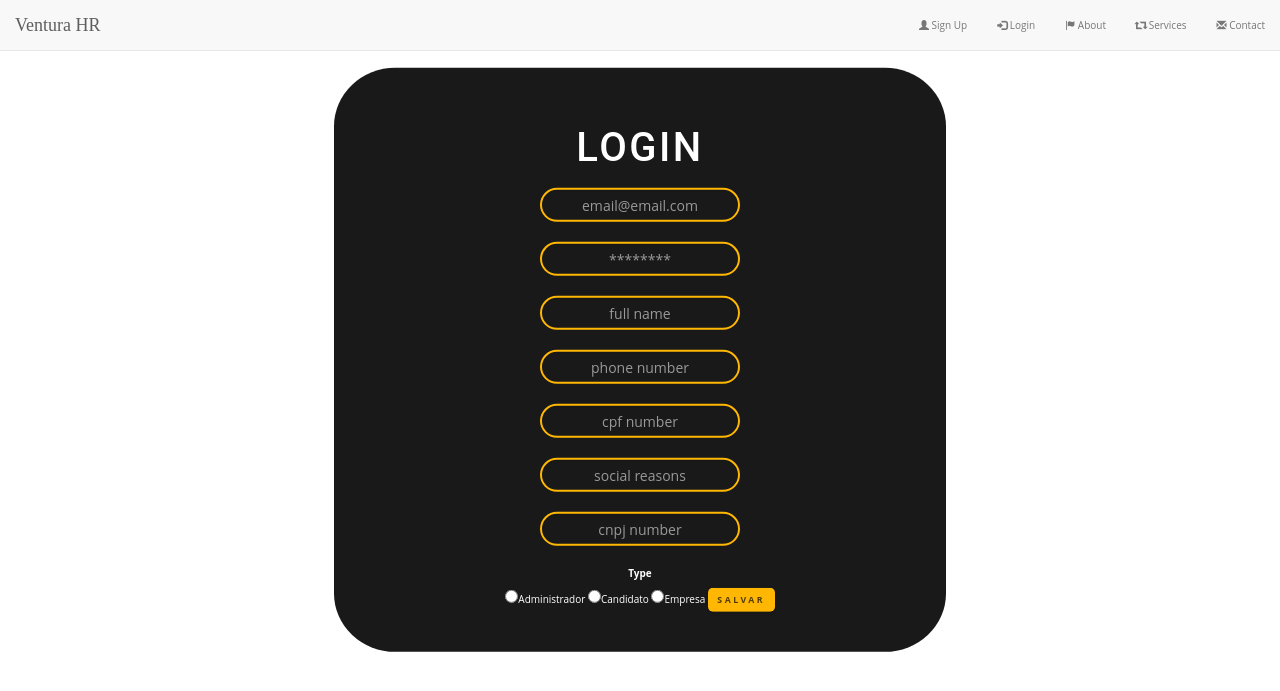
Repository: nmparfait/HumanResources-Ventura
Page: http://localhost/venturaWeb/WEB-INF/jsp/app/cadastro.jsp
These files come from the project's save history. The page is drawn as it stood at one moment and after the next save; the edit follows.
The browser window is 1280 px wide. The pictures show the whole page.
Some web fonts or font styles are not loaded; a fallback is used. Some web libraries are served in a nearby version. The page is served by Tomcat 9. Nobody is signed in. Other server files are loaded and not shown. The template is opened directly, without the code that normally fills it, so the values that code supplies are empty.

Above is the page before, as saved 2021-09-27 17:27:28.

### venturaWeb/src/main/webapp/WEB-INF/jsp/app/cadastro.jsp
<%@ taglib prefix="c" uri="http://java.sun.com/jsp/jstl/core" %>
<%@ page contentType="text/html;charset=UTF-8" language="java" %>
<!DOCTYPE html>
<html lang="en">
	<head>
	    <title>VENTURA | Register</title>
	    <meta charset="utf-8">
	    <meta name="viewport" content="width=device-width, initial-scale=1">
	    <link rel="stylesheet" href="https://maxcdn.bootstrapcdn.com/bootstrap/3.4.1/css/bootstrap.min.css">
	    <script src="https://ajax.googleapis.com/ajax/libs/jquery/3.5.1/jquery.min.js"></script>
	    <script src="https://maxcdn.bootstrapcdn.com/bootstrap/3.4.1/js/bootstrap.min.js"></script>
	    <link rel="stylesheet" href="css/cadastro.css" />
	</head>
	<body>
		<c:import url="/WEB-INF/jsp/app/menu.jsp"/>
		<h2>Cadastro</h2>


		    <form class="box" action="/usuario/cadastro" method="post">
		    	<h1>Login</h1>

		    	<input type="text" class="form-control" placeholder="email@email.com"  name="email">
		        <input type="password" class="form-control" placeholder="********" name="senha">
		        <input type="text" class="form-control" placeholder="full name" name="nomeCompleto">
		        <input type="text" class="form-control" placeholder="phone number" name="telefone">
		        <input type="text" class="form-control" placeholder="cpf number" name="cpf">
		        <input type="text" class="form-control" placeholder="social reasons" name="razaoSocial">
		        <input type="text" class="form-control" placeholder="cnpj number" name="cnpj">
		        <label>Type</label><br>
		        <input type="radio" value="A" name="tipo">Administrador
		        <input type="radio" value="C" name="tipo">Candidato
		        <input type="radio" value="E" name="tipo">Empresa

		        <button type="submit" class="btn btn-default">Salvar</button>
		    </form>
	</body>
</html>

### venturaWeb/src/main/webapp/WEB-INF/jsp/app/menu.jsp
<%@ page contentType="text/html;charset=UTF-8" language="java" %>
<%@ taglib uri="http://java.sun.com/jsp/jstl/core" prefix="c"%>
<html>
	<head>
	    <meta charset="UTF-8" />
	    <meta http-equiv="X-UA-Compatible" content="IE=edge" />
	    <meta name="viewport" content="width=device-width, initial-scale=1.0" />
	    <title>VENTURA | Navbar</title>
	    <!-- font awesome -->
	    <link
	      rel="stylesheet"
	      href="https://cdnjs.cloudflare.com/ajax/libs/font-awesome/5.14.0/css/all.min.css"
	    />
	    <!-- google font -->
	    <link href="https://fonts.googleapis.com/css2?family=Dancing+Script&display=swap" rel="stylesheet">
	    <!-- style -->
	    <link rel="stylesheet" href="css/styles.css" />
  	</head>
  	 <body>
  	 	<nav class="navbar navbar-default navbar-fixed-top">
  			<div class="container-fluid">
    			<div class="navbar-header">
      				<a class="navbar-brand font" href="/app/index">Ventura HR</a>
    			</div>
	  	 	<ul class="nav navbar-nav navbar-right">
				<c:if test="${empty usuario}">
				    <li><a href="/usuario"><span class="glyphicon glyphicon-user"></span> Sign Up</a></li>
				    <li><a href="/acesso"><span class="glyphicon glyphicon-log-in"></span> Login</a></li>
				    <li><a href="/about"><span class="glyphicon glyphicon-flag"></span> About</a></li>
				    <li><a href="/about"><span class="glyphicon glyphicon-retweet"></span> Services</a></li>
				    <li><a href="/contato"><span class="glyphicon glyphicon-envelope"></span> Contact</a></li>
			    </c:if>
			    <c:if test="${not empty usuario}">
			    	<li><a href="/logout"><span class="glyphicon glyphicon-log-out"></span>Logout, ${usuario.email}</a></li>
			    </c:if>
			 </ul>
		</nav>
    </body>
   </html>

### venturaWeb/src/main/webapp/css/cadastro.css
body {
    margin: 0;
    padding: 0;
    font-family: sans-serif;
    background: #34495e;
    color: #fff !important;

}

.box {
    width: 85vh;
    padding: 40px;
    position: absolute;
    top: 50%;
    left: 50%;
    transform: translate(-50%, -50%);
    background: #191919;
    text-align: center;
    border-radius: 10%;
}

.box h1 {
    color: white;
    text-transform: uppercase;
    font-weight: 500;
}

.box input[type="text"],
.box input[type="password"] {
    border: 0;
    background: none;
    display: block;
    margin: 20px auto;
    text-align: center;
    border: 2px solid #ffb703;
    padding: 14px 10px;
    width: 200px;
    outline: none;
    color: white;
    border-radius: 24px;
    transition: 0.25s
}

.box input[type="text"]:focus,
.box input[type="password"]:focus {
    width: 280px;
    border-color: #ffb703;
}

.box input[type="submit"] {
     border: 0;
    background: none;
    display: block;
    margin: 20px auto;
    text-align: center;
    border: 2px solid #ffb703;
    padding: 14px 40px;
    outline: none;
    color: white;
    border-radius: 24px;
    transition: 0.25s;
    cursor: pointer;
}

.box input[type="submit"]:hover {
    background: #e9edc9;
    color: #000;
}

### venturaWeb/src/main/webapp/css/styles.css
/* details generics
first color : #ffb703
-- second color: #e9edc9

*/
/*
===============
Variables
===============
*/

:root {
  /* dark shades of primary color*/
  --clr-primary-1: hsl(43, 86%, 17%);
  --clr-primary-2: hsl(43, 77%, 27%);
  --clr-primary-3: hsl(43, 72%, 37%);
  --clr-primary-4: hsl(42, 63%, 48%);
  /* primary/main color */
  --clr-primary-5: hsl(42, 78%, 60%);
  /* lighter shades of primary color */
  --clr-primary-6: hsl(43, 89%, 70%);
  --clr-primary-7: hsl(43, 90%, 76%);
  --clr-primary-8: hsl(45, 86%, 81%);
  --clr-primary-9: hsl(45, 90%, 88%);
  --clr-primary-10: hsl(45, 100%, 96%);
  /* darkest grey - used for headings */
  --clr-grey-1: hsl(209, 61%, 16%);
  --clr-grey-2: hsl(211, 39%, 23%);
  --clr-grey-3: hsl(209, 34%, 30%);
  --clr-grey-4: hsl(209, 28%, 39%);
  /* grey used for paragraphs */
  --clr-grey-5: hsl(210, 22%, 49%);
  --clr-grey-6: hsl(209, 23%, 60%);
  --clr-grey-7: hsl(211, 27%, 70%);
  --clr-grey-8: hsl(210, 31%, 80%);
  --clr-grey-9: hsl(212, 33%, 89%);
  --clr-grey-10: hsl(210, 36%, 96%);
  --clr-white: #fff;
  --ff-primary: 'Roboto', sans-serif;
  --ff-secondary: 'Open Sans', sans-serif;
  --transition: all 0.3s linear;
  --spacing: 0.25rem;
  --radius: 0.5rem;
  --light-shadow: 0 5px 15px rgba(0, 0, 0, 0.1);
  --dark-shadow: 0 5px 15px rgba(0, 0, 0, 0.2);
  --max-width: 1170px;
}
/*
===============
Global Styles
===============
*/

*,
::after,
::before {
  margin: 0;
  padding: 0;
  box-sizing: border-box;
}
body {
  font-family: var(--ff-secondary);
  background: var(--clr-white);
  color: var(--clr-grey-1);
  line-height: 1.5;
  font-size: 0.875rem;
}
ul {
  list-style-type: none;
}
a {
  text-decoration: none;
}
img:not(.nav-logo) {
  width: 100%;
  display: block;
}

h1,
h2,
h3,
h4 {
  letter-spacing: var(--spacing);
  text-transform: capitalize;
  line-height: 1.25;
  margin-bottom: 0.75rem;
  font-family: var(--ff-primary);
}
h1 {
  font-size: 3rem;
}
h2 {
  font-size: 2rem;
}
h3 {
  font-size: 1.25rem;
}
h4 {
  font-size: 0.875rem;
}
p {
  margin-bottom: 1.25rem;
  color: var(--clr-grey-5);
}
@media screen and (min-width: 800px) {
  h1 {
    font-size: 4rem;
  }
  h2 {
    font-size: 2.5rem;
  }
  h3 {
    font-size: 1.75rem;
  }
  h4 {
    font-size: 1rem;
  }
  body {
    font-size: 1rem;
  }
  h1,
  h2,
  h3,
  h4 {
    line-height: 1;
  }
}
/*  global classes */

.btn {
  text-transform: uppercase;
  background: #ffb703;
  color: var(--clr-primary-1);
  padding: 0.375rem 0.75rem;
  letter-spacing: var(--spacing);
  display: inline-block;
  font-weight: 700;
  transition: var(--transition);
  font-size: 0.875rem;
  border: 2px solid transparent;
  cursor: pointer;
  box-shadow: 0 1px 3px rgba(0, 0, 0, 0.2);
  border-radius: var(--radius);
}
.btn:hover {
  color: var(--clr-primary-1);
  background: var(--clr-primary-7);
}
/* section */
.section {
  padding: 5rem 2rem;
}

.section-center {
  width: 90vw;
  margin: 0 auto;
  max-width: 1170px;
}

.contact {
  background: #fffcfc;
  min-height: 100vh;
}
@media screen and (min-width: 992px) {
  .section-center {
    width: 95vw;
  }
}

.underline {
  width: 5rem;
  height: 0.25rem;
  margin-bottom: 1.25rem;
  background: var(--clr-primary-5);
  margin-left: auto;
  margin-right: auto;
}

.section-title {
  margin-bottom: 4rem;
  text-align: center;
}

.bg-grey {
  background: var(--clr-grey-9);
}
/* added during recording */

/*
===============
Sidebar
===============
*/

.sidebar {
  position: fixed;
  top: 0;
  left: 0;
  width: 100%;
  height: 100%;
  background: var(--clr-grey-10);
  z-index: 4;
  display: grid;
  /* align-items: center;
  justify-content: center; */
  place-items: center;
  transition: var(--transition);

  /* add later */
  transform: translateX(-100%);
}

/* toggle sidebar */
.show-sidebar {
  transform: translateX(0);
}

.sidebar-links {
  text-align: center;
}

.sidebar-links a {
  font-size: 2rem;
  text-transform: capitalize;
  transform: var(--transition);
  color: var(--clr-grey-5);
  letter-spacing: var(--spacing);
  display: inline-block;
  margin-bottom: 1.5rem;
}

.sidebar-links a:hover {
  color: var(--clr-primary-5);
}

.social-icons {
  display: grid;
  margin-top: 3rem;
  width: 20rem;
  grid-template-columns: repeat(4, 1fr);
  justify-items: center;
}

.social-icon {
  font-size: 1.5rem;
  color: var(--clr-grey-1);
  transition: var(--transition);
}

.social-icon:hover {
  color: var(--clr-primary-5);
}

.close-btn {
  position: absolute;
  top: 1rem;
  right: 1rem;
  font-size: 3rem;
  background: transparent;
  border: transparent;
  transition: var(--transition);
  color: #bb2525;
  cursor: pointer;
}

.close-btn:hover {
  color: #e66b6b;
}


/* end of details*/


.font {
	font-family: 'Dancing Script', cursive;
	background-color: #ffb703;
}

/*
===============
Connect
===============
*/

.connect {
  min-height: 40vh;
  position: relative;
  padding: 10rem 0 5rem 0;
  margin: 5rem 0;
  -webkit-clip-path: polygon(
    50% 0%,
    100% 10%,
    100% 90%,
    53% 100%,
    49% 100%,
    0 90%,
    0 10%
  );
  clip-path: polygon(
    50% 0%,
    100% 10%,
    100% 90%,
    53% 100%,
    49% 100%,
    0 90%,
    0 10%
  );
}
.video-container {
  position: absolute;
  top: 0;
  left: 0;
  width: 100%;
  height: 100%;
  -o-object-fit: cover;
  object-fit: cover;
  z-index: -2;
}

.connect::after {
  content: '';
  position: absolute;
  top: 0;
  left: 0;
  width: 100%;
  height: 100%;
  /* background: var(--clr-white); */
  /* background: var(--clr-primary-5); */
  background: rgba(0, 0, 0, 0.6);
  opacity: 0.7;
  z-index: -1;
}
.connect {
  display: grid;
  place-items: center;
}

.video-banner .section-title {
  margin-bottom: 2rem;
}

.video-text {
  max-width: 30rem;
}

.video-banner {
  background: #e9edc9;
  padding: 3rem 5rem 12rem 5rem;
  text-align: center;
  -webkit-clip-path: polygon(
    0% 0%,
    100% 0%,
    100% 75%,
    75% 75%,
    75% 100%,
    50% 75%,
    0% 75%
  );
  clip-path: polygon(
    0% 0%,
    100% 0%,
    100% 75%,
    75% 75%,
    75% 100%,
    50% 75%,
    0% 75%
  );
}

/*
===============
About
===============
*/

/*
===============
Hero
===============
*/
.hero .underline {
  margin-bottom: 0.5rem;
  margin-left: 0;
}

.hero-img {
  display: none;
}

.hero {
  background: var(--clr-primary-10);
}
.hero-center {
  min-height: calc(100vh - 5rem);
  display: grid;
  place-items: center;
}

.hero-info h4 {
  color: var(--clr-grey-5);
}

.hero-icons {
  justify-items: start;
}

.hero-btn {
  margin-top: 1.25rem;
}

.hero-photo {
  max-width: 25rem;
  max-height: 30rem;
  -o-object-fit: cover;
  object-fit: cover;
  border-radius: var(--radius);
  position: relative;
}

@media screen and (min-width: 776px) {
  .hero-img {
    display: block;
    position: relative;
  }

  .hero-center {
    display: grid;
    grid-template-columns: 1fr 1fr;
  }
}

.hero-img::before,
.about-img::before {
  content: '';
  position: absolute;
  width: 100%;
  height: 100%;
  border: 0.25rem solid var(--clr-primary-5);
  top: 2rem;
  right: -2rem;
  border-radius: var(--radius);
}

/* section title added to globals */
.about-title {
  text-align: left;
  margin-bottom: 2rem;
}

.about-title .underline {
  margin-left: 0;
}

.about-center {
  display: grid;
  gap: 3rem 2rem;
}

.about-img {
  position: relative;
}

.about-img::before {
  left: -2rem;
}

.about-img {
  justify-self: center;
}

@media screen and (min-width: 776px) {
  .about-center {
    display: grid;
    grid-template-columns: 1fr 1fr;
  }
}

@media screen and (min-width: 992px) {
  .about-center {
    grid-template-columns: 1fr 1fr;
  }

  .about-img {
    position: relative;
  }

  .about-img::before {
    left: -2rem;
  }
}

.hero-photo {

}

/* Services*/

/*
===============
Services
===============
*/

.service {
  background: var(--clr-white);
  padding: 3rem 1.5rem;
  margin-bottom: 2rem;
  border-radius: var(--radius);
  text-align: center;
  transition: var(--transition);
}

.service-icon {
  font-size: 2rem;
  margin-bottom: 1.5rem;
}

.service .underline {
  width: 3rem;
  height: 0.12rem;
  transition: var(--transition);
}

.service p {
  transition: var(--transition);
}
.service:hover {
  background: var(--clr-primary-5);
  color: var(--clr-white);
}

.service:hover p {
  color: var(--clr-white);
}

.service:hover .underline {
  background: var(--clr-white);
}

@media screen and (min-width: 676px) {
  .services-center {
    display: grid;
    grid-template-columns: 1fr 1fr;
    -moz-column-gap: 2rem;
    column-gap: 2rem;
  }
}

@media screen and (min-width: 992px) {
  .services-center {
    grid-template-columns: repeat(3, 1fr);
  }
}

/* CONTACT*/
/* section */
.section {
  padding: 5rem 2rem;
}

.section-center {
  width: 90vw;
  margin: 0 auto;
  max-width: 1170px;
}

.contact {
  background: #fefae0;
  min-height: 50vh;
}
@media screen and (min-width: 992px) {
  .section-center {
    width: 85vw;
  }
}

/*LOGIN PAGE*/


.loginPage {

	margin-top: 50px;
}

After the next save:
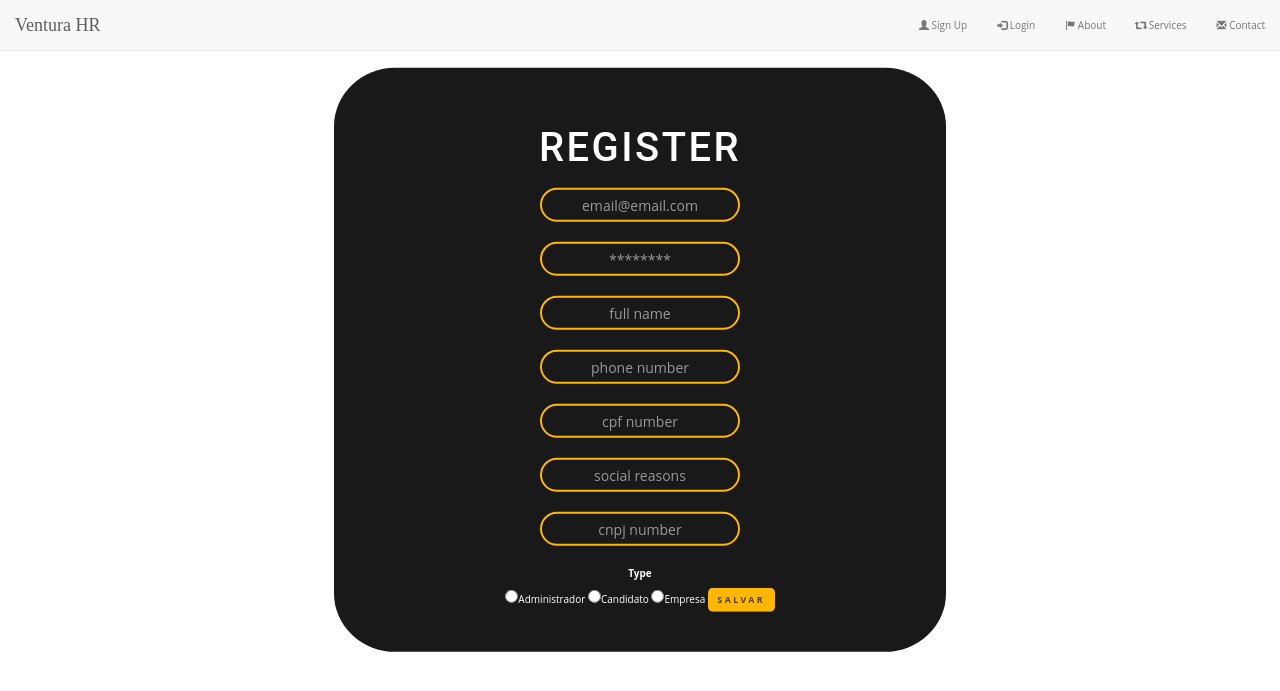
Saved 5 s later.
--- a/venturaWeb/src/main/webapp/WEB-INF/jsp/app/cadastro.jsp
+++ b/venturaWeb/src/main/webapp/WEB-INF/jsp/app/cadastro.jsp
@@ -17,7 +17,7 @@
 
 
 		    <form class="box" action="/usuario/cadastro" method="post">
-		    	<h1>Login</h1>
+		    	<h1>Register</h1>
 
 		    	<input type="text" class="form-control" placeholder="email@email.com"  name="email">
 		        <input type="password" class="form-control" placeholder="********" name="senha">
